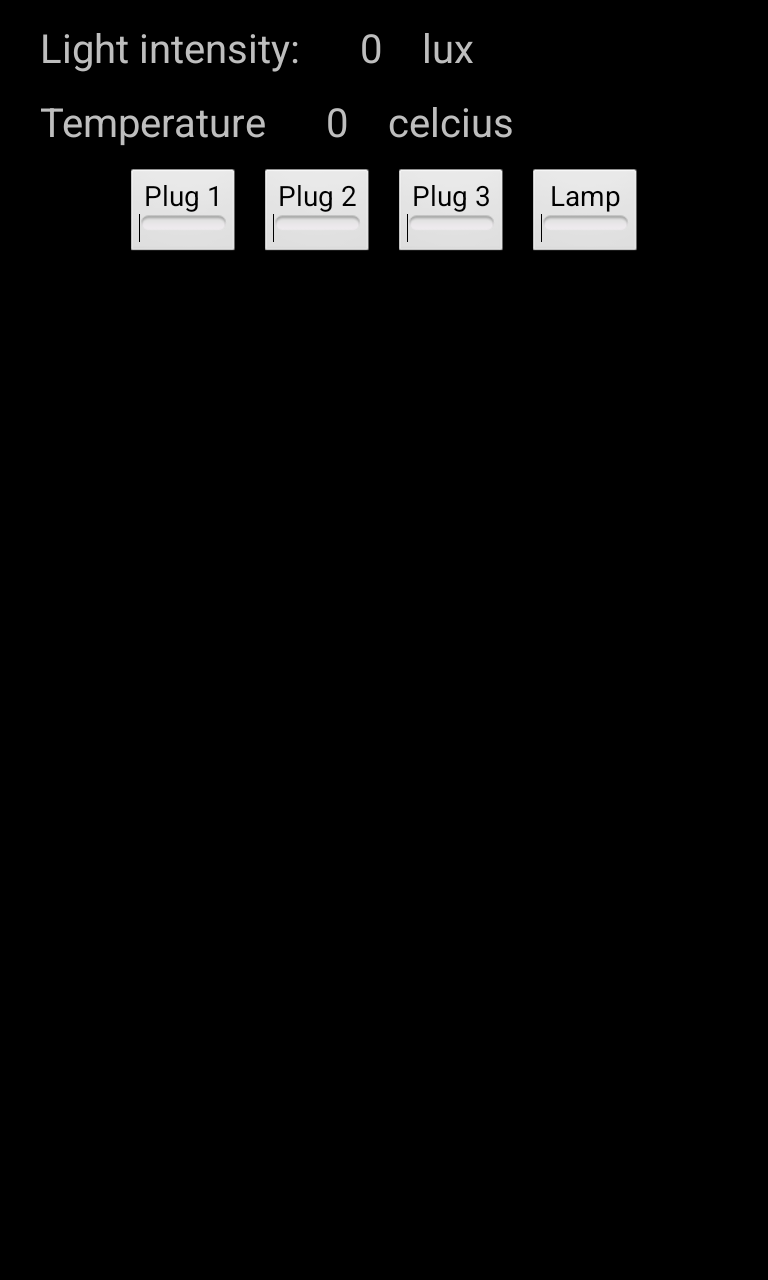
Repository: deanzaka/Shroom-Smart-Terminal
Layout: IOIOShroomST/res/layout/main.xml
The author's editor kept a copy of each file at every save. The layout is drawn from the files as they stood at one save, then again after the next save.
It is drawn on a 768 x 1280 px phone screen (xhdpi) without system bars, with theme android:Theme; the app's code is not run.

Above is the layout before, as saved 2014-11-16 15:15:06.

After the next save:
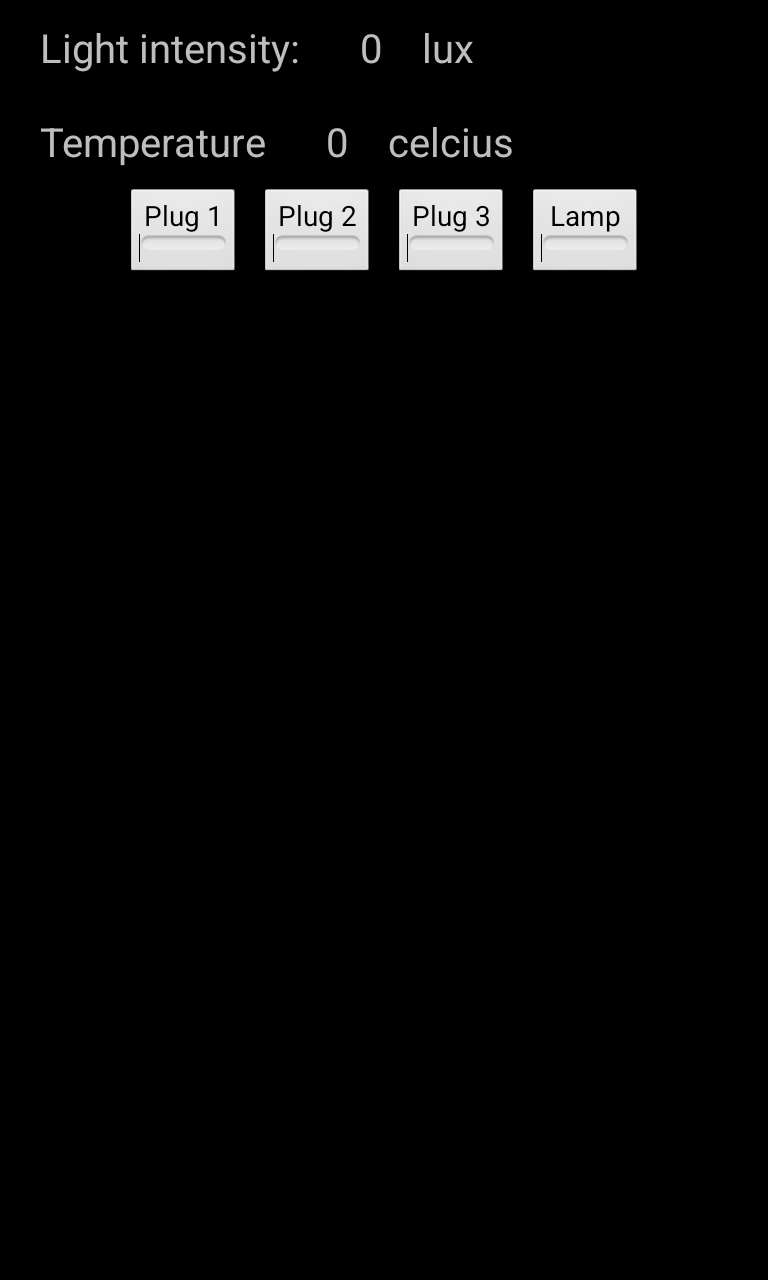
Saved 32 s later.
--- a/IOIOShroomST/res/layout/main.xml
+++ b/IOIOShroomST/res/layout/main.xml
@@ -46,7 +46,7 @@
 		android:layout_height="wrap_content"
 		android:orientation="horizontal"
 		android:gravity="left"
-		android:paddingTop="10dp">
+		android:paddingTop="20dp">
 
 		<TextView
 			android:id="@+id/TempLabel"

After the save that followed:
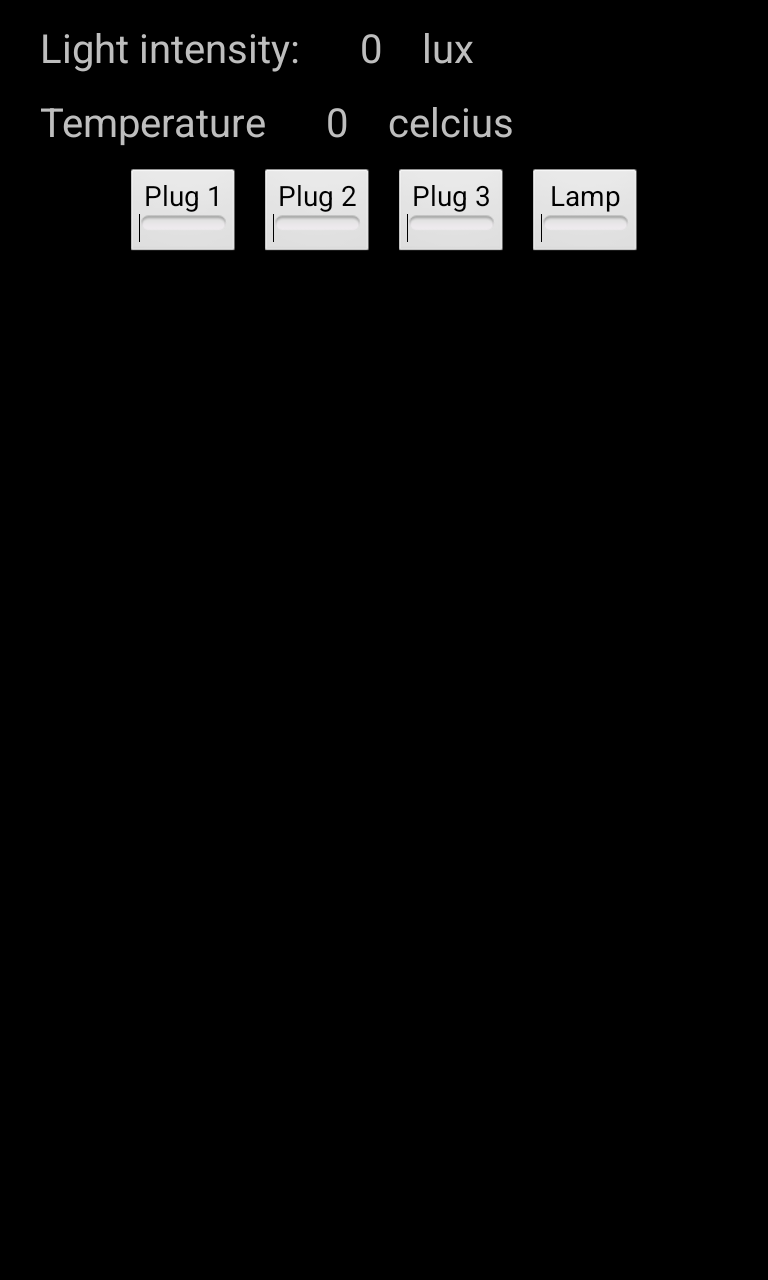
Saved 7 s later.
--- a/IOIOShroomST/res/layout/main.xml
+++ b/IOIOShroomST/res/layout/main.xml
@@ -46,7 +46,7 @@
 		android:layout_height="wrap_content"
 		android:orientation="horizontal"
 		android:gravity="left"
-		android:paddingTop="20dp">
+		android:paddingTop="10dp">
 
 		<TextView
 			android:id="@+id/TempLabel"
